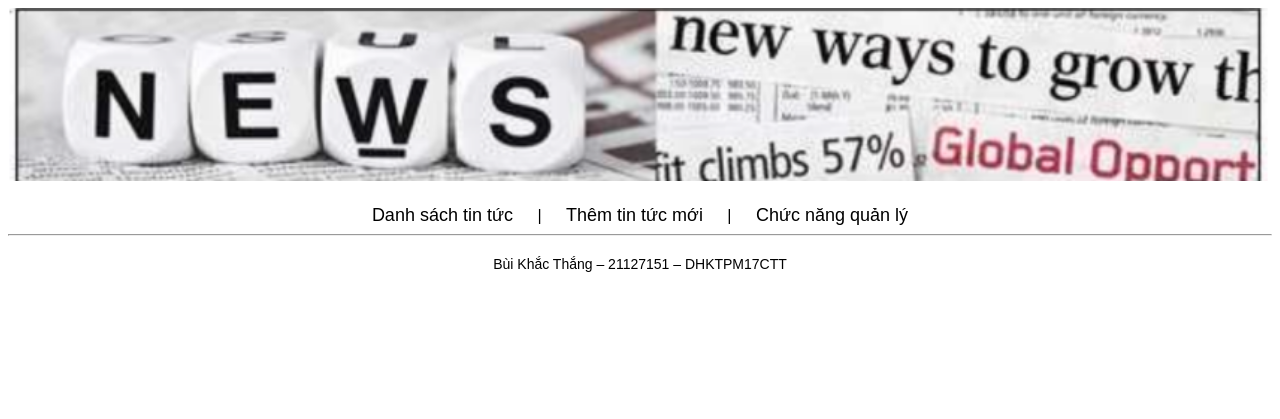
Repository: buikhacthang91042/Nam4_Ki1
Page: http://localhost/Tuan04_Bai3/TrangChu.jsp
These files come from the project's save history. The page is drawn as it stood at one moment and after the next save; the edit follows.
The browser window is 1280 px wide. The pictures show the whole page.
The page is served by Tomcat 10. Nobody is signed in. The application's start-up code is not run. Other server files are loaded and not shown.

Above is the page before, as saved 2024-10-06 06:40:28.

### WWW/Tuan04/Tuan04_Bai3/src/main/webapp/TrangChu.jsp
<%@ page language="java" contentType="text/html; charset=UTF-8" pageEncoding="UTF-8"%>
<!DOCTYPE html>
<html lang="vi">
<head>
    <meta charset="UTF-8">
    <title>Quản lý tin tức</title>
    <style>
        body {
            font-family: Arial, sans-serif;
        }
        .menu {
            text-align: center;
            margin-top: 20px;
        }
        .menu a {
            margin: 0 20px;
            text-decoration: none;
            color: black;
            font-size: 18px;
        }
        .menu a:hover {
            text-decoration: underline;
        }
        .footer {
            text-align: center;
            margin-top: 20px;
            font-size: 14px;
        }
    </style>
</head>
<body>
    <div class="header">
        <img src="image/banner.png" alt="News Banner" style="width: 100%; height: auto;">
    </div>

    <div class="menu">
        <a href="DanhSachTinTuc.jsp">Danh sách tin tức</a> |
        <a href="TinTucForm.jsp">Thêm tin tức mới</a> |
        <a href="QuanLiForm.jsp">Chức năng quản lý</a>
        <hr>
    </div>

    <div class="content">

    </div>

    <div class="footer">
        Bùi Khắc Thắng – 21127151 – DHKTPM17CTT
    </div>
</body>
</html>

After the next save:
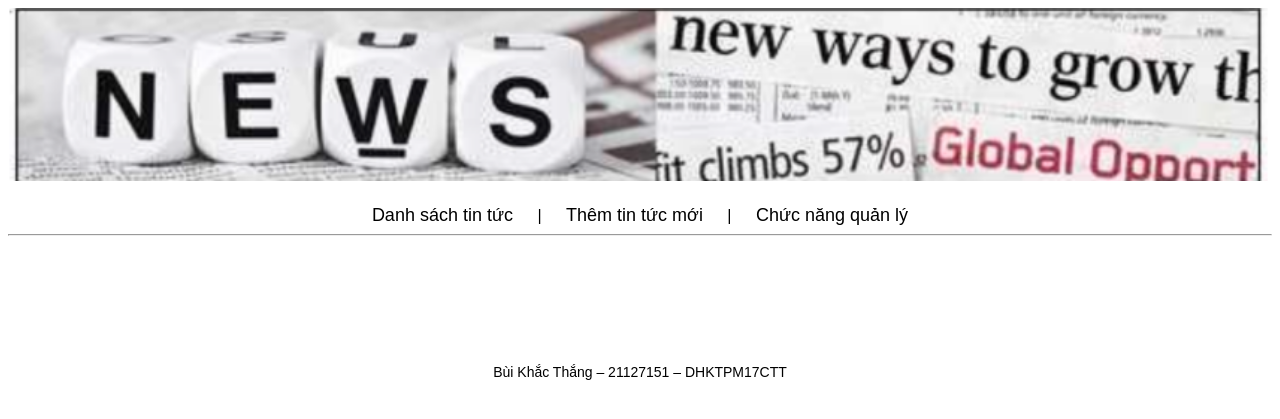
Saved 63 s later.
--- a/WWW/Tuan04/Tuan04_Bai3/src/main/webapp/TrangChu.jsp
+++ b/WWW/Tuan04/Tuan04_Bai3/src/main/webapp/TrangChu.jsp
@@ -26,6 +26,9 @@
             margin-top: 20px;
             font-size: 14px;
         }
+        .content {
+        	height: 100px;
+        }
     </style>
 </head>
 <body>
